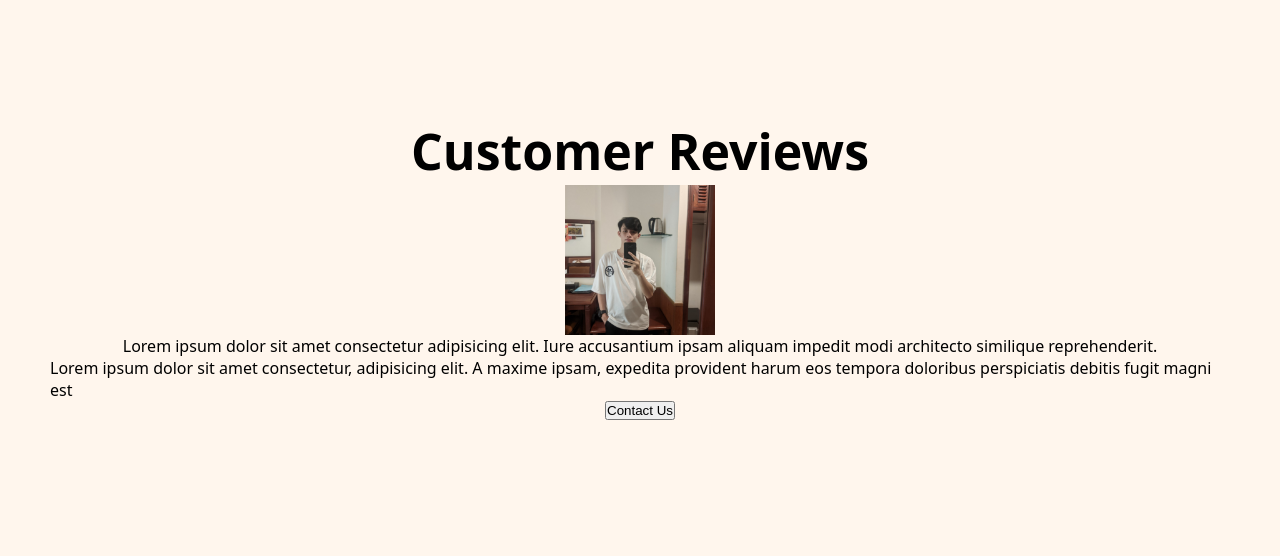
Repository: duc-thanh-2303/food
Page: index.html
An editor plug-in stored every save of this project. The page is shown before and after the next save, followed by the edit.
The browser window is 1280 px wide. The pictures show the part of the page from y = 2121 to 2677 px (the page is 2677 px tall).
A picture or video elsewhere on the page could not be fetched, so the positions and the page height are approximate.

Above is the page before, as saved 2022-11-29 16:05:39.

### index.html
<!DOCTYPE html>
<html lang="en">
<head>
    <meta charset="UTF-8">
    <meta http-equiv="X-UA-Compatible" content="IE=edge">
    <meta name="viewport" content="width=device-width, initial-scale=1.0">
    <title>Food</title>

    <link rel="stylesheet" href="./css/main.css">
    <link rel="stylesheet" href="./css/header.css">
    <link rel="stylesheet" href="./css/wrap.css">
    <link rel="stylesheet" href="./css/footer.css">
</head>
<body>

    <!-- header -->
    <header id="header">
        <img src="./img/burger.png" alt="" class="header__img">
        <div class="header__menu">
            <p>ORDER MENU</p>
            <p>CONTACT US</p>
        </div>
    </header>

    <!-- content -->
    <div id="wrap-content">

        <div class="title">
            <div class="title__name">
                <p class="title__name-first">TRY OUR NEW</p>
                <p class="title__name-second">YUMMY! BEEF BURGER</p>
                <span>hungry? let's meat up</span>
                <button class="title__name-btn">ORDER HERE!</button>
            </div>
            <img src="./img/main.png" alt="" class="title__img">
        </div>

        <div class="menu">
            <h1>OUR <span class="menu__title">MENU</span></h1>
            <div class="menu__section">
                <div class="menu__section__box">
                    <img src="./img/qc__1.png" alt="" class="menu__section__box__img">
                    <h3>CHEEZ BURGER</h3>
                    <p>Lorem ipsum dolor sit, amet consectetur adipisicing elit. Placeat ipsam debitis voluptate enim.</p>
                </div>

                <div class="menu__section__box">
                    <img src="./img/qc__2.png" alt="" class="menu__section__box__img">
                    <h3>CHEEZ BURGER</h3>
                    <p>Lorem ipsum dolor sit, amet consectetur adipisicing elit. Placeat ipsam debitis voluptate enim.</p>
                </div>

                <div class="menu__section__box">
                    <img src="./img/qc__1.png" alt="" class="menu__section__box__img">
                    <h3>CHEEZ BURGER</h3>
                    <p>Lorem ipsum dolor sit, amet consectetur adipisicing elit. Placeat ipsam debitis voluptate enim.</p>
                </div>

                <div class="menu__section__box">
                    <img src="./img/qc__2.png" alt="" class="menu__section__box__img">
                    <h3>CHEEZ BURGER</h3>
                    <p>Lorem ipsum dolor sit, amet consectetur adipisicing elit. Placeat ipsam debitis voluptate enim.</p>
                </div>
            </div>
        </div>

        <div class="combo">
            <h1 class="combo__title">SPECIAL CAMBO PACK</h1>
            <p class="combo__infor">Dady Burger, Fries & Soft Drink</p>
            <img src="./img/combo.png" alt="" class="combo__img">
        </div>

        <div class="customer">
            <h1 class="customer__name">Customer <span>Reviews</span></h1>
            <img src="./img/z3869192479946_b16734736fdfa61bce0daaa9820a2c93.jpg" class="customer__img" alt="">
            <p>Lorem ipsum dolor sit amet consectetur adipisicing elit. Iure accusantium ipsam aliquam impedit modi architecto similique reprehenderit.</p>
            <p>Lorem ipsum dolor sit amet consectetur, adipisicing elit. A maxime ipsam, expedita provident harum eos tempora doloribus perspiciatis debitis fugit magni est</p>
            <button class="customer__btn">Contact Us</button>
        </div>
    </div>

    <!-- footer -->
    <footer id="footer">

    </footer>

    <script type="module" src="https://unpkg.com/ionicons@5.5.2/dist/ionicons/ionicons.esm.js"></script>
    <script nomodule src="https://unpkg.com/ionicons@5.5.2/dist/ionicons/ionicons.js"></script>
</body>
</html>

### css/main.css
@import url('https://fonts.googleapis.com/css2?family=Roboto:wght@100;300;500;700&display=swap');

* {
    margin: 0;
    padding: 0;
    box-sizing: border-box;
}

html {
    scroll-behavior: smooth;
}

:root {
    --white: #FFF6ED;
    --yellow: #FF8803;
    --orance: #F76E00;
    --red: #C91605;
    --bg: #E9DBC7;
}

body {
    background-color: var(--white);
    font-family: system-ui, -apple-system, BlinkMacSystemFont, 'Segoe UI', Roboto, Oxygen, Ubuntu, Cantarell, 'Open Sans', 'Helvetica Neue', sans-serif;
}

### css/header.css
:root {
    --white: #FFF6ED;
    --yellow: #FF8803;
    --orance: #F76E00;
    --red: #C91605;
    --bg: #E9DBC7;
}

#header {
    display: flex;
    flex-direction: row;
    justify-content: space-between;
    margin-left: 50px;
    margin-right: 50px;
    margin-top: 10px;
}

.header__img {
    width: 75px;
    height: 75px;
    object-fit: cover;
    object-position: center;
}

.header__menu {
    display: flex;
    flex-direction: row;
    justify-content: center;
    align-items: center;
}

.header__menu p {
    margin-left: 5px;
    margin-right: 5px;
    font-weight: bold;
    font-size: 20px;
    cursor: pointer;
    transition: all 0.15s;
}

.header__menu p:hover{
    color: var(--red);
    text-decoration: underline;
}

### css/wrap.css
:root {
    --white: #FFF6ED;
    --yellow: #FF8803;
    --orance: #F76E00;
    --red: #C91605;
    --bg: #E9DBC7;
}

#wrap-content {
    margin-left: 50px;
    margin-right: 50px;
}

.title {
    display: flex;
    flex-direction: row;
    justify-content: center;
    align-items: center;
    height: 80vh;
}

.title__img {
    width: 650px;
    height: 650px;
    object-fit: cover;
    object-position: center;
}

.title__name {
    display: flex;
    flex-direction: column;
    text-align: left;
    line-height: 1.2;
}

.title__name-first,
.title__name-second {
    font-size: 50px;
    font-weight: bold;
}

.title__name-second {
    color: var(--red);
}

.title__name > span {
    font-size: 15px;
}

.title__name-btn {
    margin-top: 10px;
    background-color: var(--orance);
    color: black;
    border: none;
    width: 200px;
    height: 40px;
    font-weight: bold;
    font-size: 25px;
    cursor: pointer;
    transition: all 0.3s;
}

.title__name-btn:hover {
    border-radius: 10px;
    background-color: var(--white);
    border: solid 2px var(--orance);
    color: var(--orance);
}

.menu {
    height: 100vh;
    display: flex;
    flex-direction: column;
    justify-content: center;
    align-items: center;
}

h1 {
    font-size: 50px;
}

.menu__title {
    color: var(--red);
    font-size: 50px;
    margin: 0 0 0 0;
}

.menu__section {
    display: flex;
    flex-direction: row;
}

.menu__section__box {
    display: flex;
    flex-direction: column;
    justify-content: center;
    align-items: center;
    width: 250px;
    height: auto;
    background-color: var(--bg);
    padding: 10px 20px 10px 20px;
    border-radius: 10px;
    margin: 90px 20px 0 20px ;
}

.menu__section__box__img {
    width: 180px;
    object-fit: cover;
    object-position: center;
}

h3 {
    color: var(--red);
    font-size: 20px;
}

.combo {
    display: flex;
    flex-direction: column;
    justify-content: center;
    align-items: center;
    height: 100vh;
}

.combo__title,
.combo__infor {
    color: var(--red);
}

.combo__img {
    width: 600px;
    object-fit: cover;
    object-position: center;
    margin: 50px 0 0 0;
}

.customer {
    display: flex;
    flex-direction: column;
    justify-content: center;
    align-items: center;
    height: 80vh;
}

.customer__img {
    width: 150px;
    height: 150px;
    object-fit: cover;
    object-position: center;
}

Loaded but not shown: css/footer.css (no stored copy; drawn as an empty file)

After the next save:
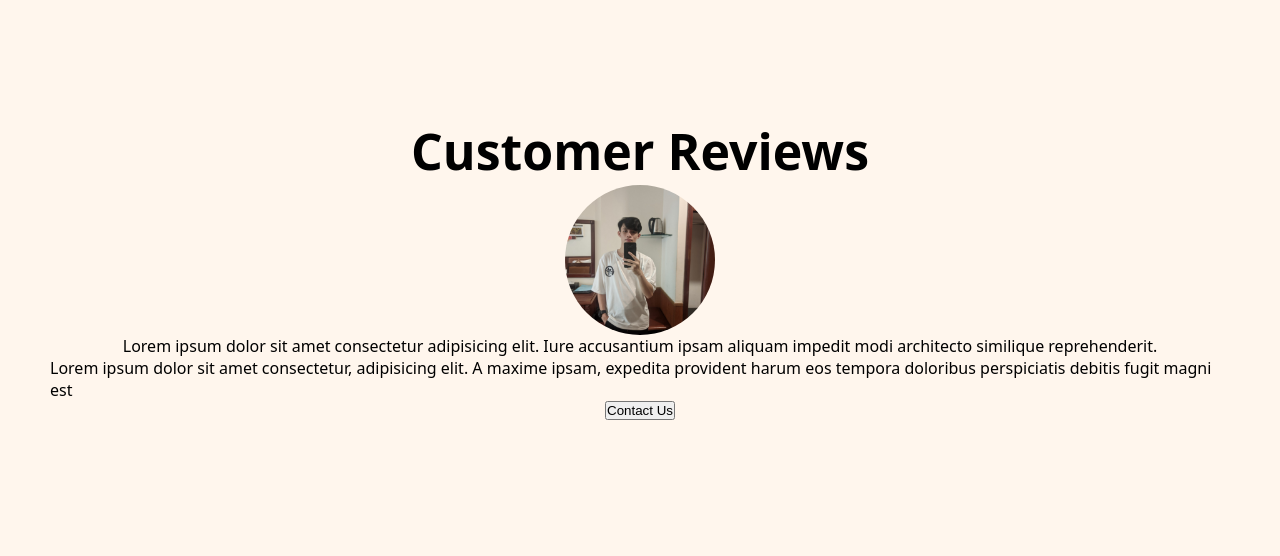
Saved 7 s later.
--- a/css/wrap.css
+++ b/css/wrap.css
@@ -147,4 +147,5 @@
     height: 150px;
     object-fit: cover;
     object-position: center;
+    border-radius: 100rem;
 }
